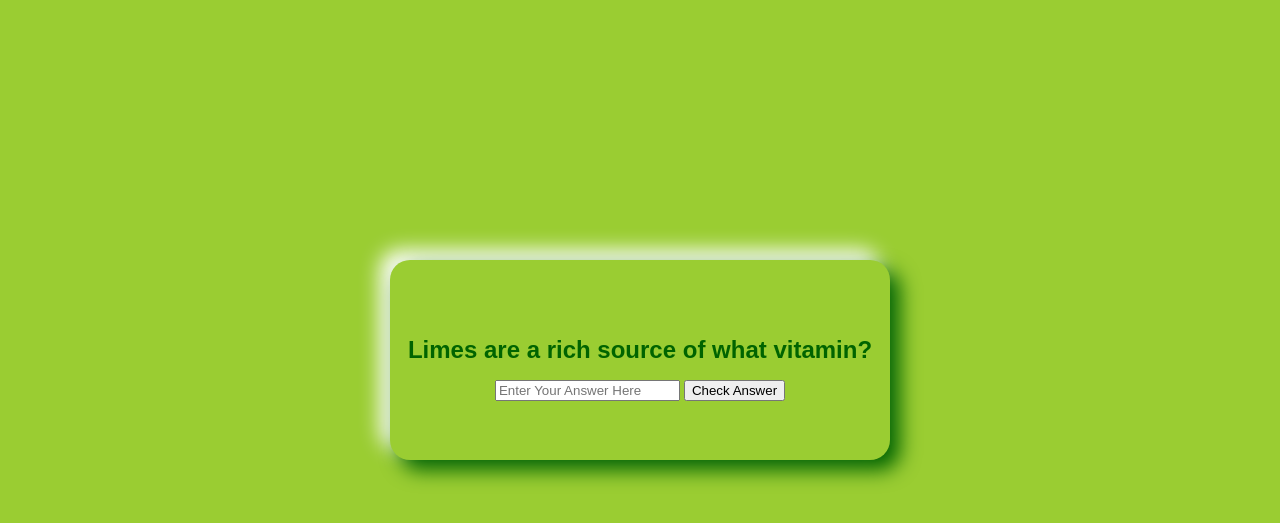
Repository: Joseph061200/Dynamic_Lab2
Page: joseph.html
These files come from the project's save history. The page is drawn as it stood at one moment and after a run of saves; the edit follows.
The browser window is 1280 px wide. The pictures show the whole page.

Above is the page before, as saved 2020-02-20 14:30:30.

### joseph.html
<!DOCTYPE html>
<html>
    <head>
        <title>Joseph</title>
        <link rel="stylesheet" href="joseph.css">
    </head>
    <body>
        <div class="app">
            <div class="pop_up question">
                <h1 class="h1">Limes are a rich source of what vitamin?</h1>
                <div>
                    <input id="answer" type="text" placeholder="Enter Your Answer Here">
                    <button onclick="CheckAnswer()">Check Answer</button>
                </div>
            </div>
        </div>
        <script src="joseph.js"></script>
    </body>
</html>

### joseph.css
body,html {
    margin: 0;
}
.app{
    width: 100vw;
    height: 100vh;
    display: flex;
    justify-content: center;
    align-items: center;
    background-color: yellowgreen;
}
.pop_up{
    width: 500px;
    height: 200px;
    display: flex;
    flex-direction: column;
    justify-content: center;
    align-items: center;
    background-color: yellowgreen;
    border-radius: 20px;
    box-shadow: 10px 10px 20px darkgreen,-10px -10px 20px white;

}
h1 {
    font-family: sans-serif;
    font-size: 24px;
    color: darkgreen;
}

### joseph.js
function CheckAnswer(){
    var myInput = document.querySelector("#answer").value;
    console.log(myInput);
    if (myInput === "B"){
        alert("Correct!");
    }else {
        alert("wrong");
    }
}

After the next 2 saves:
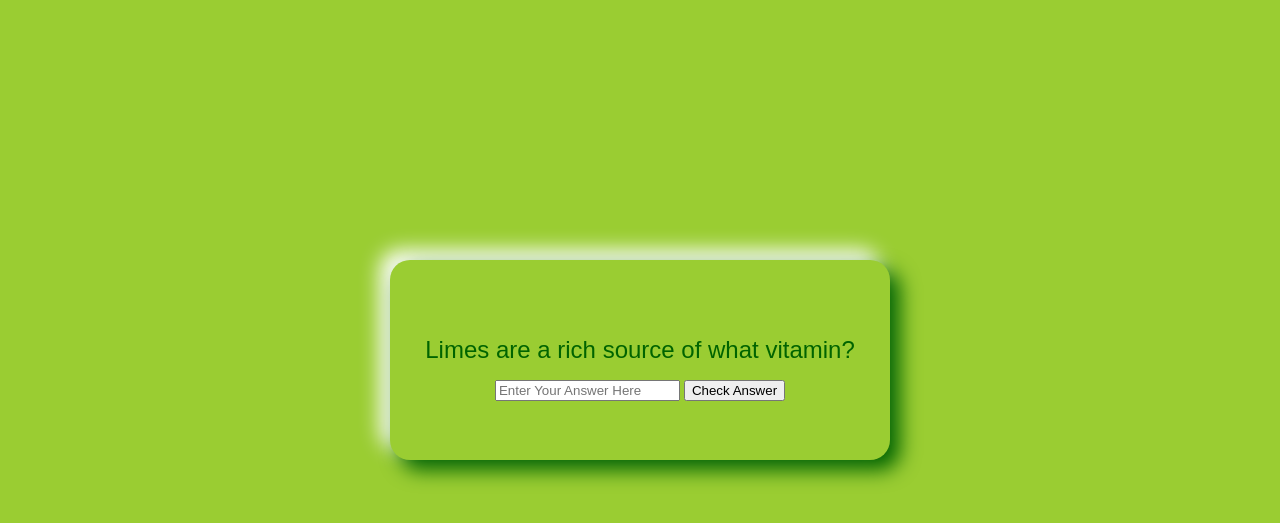
The 2 saves are shown as one change because they came seconds apart.
The last was saved 13 s later.
--- a/joseph.css
+++ b/joseph.css
@@ -24,5 +24,6 @@ body,html {
 h1 {
     font-family: sans-serif;
     font-size: 24px;
+    font-weight: 200;
     color: darkgreen;
 }
